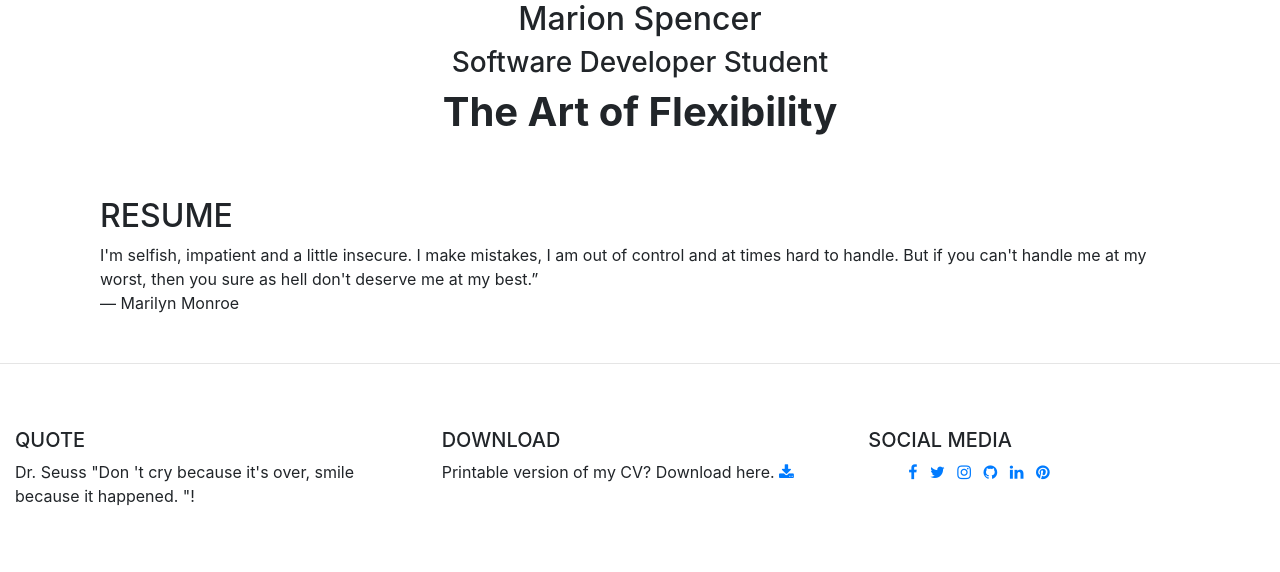
Repository: Dbyu85/m-spenc
Page: index.html
The author's editor kept a record of every edit. The page is drawn from the files as they stood at one moment, then again after the next edit.
The browser window is 1280 px wide. The pictures show the part of the page from y = 569 to 1141 px (the page is 1141 px tall before and 910 px after).
Some web fonts or font styles are not loaded; a fallback is used.

Above is the page before.

### index.html
<!DOCTYPE html>
<html lang="en">

<head>
    <meta charset="UTF-8">
    <title>The Art of Flexibility</title>
    <meta name="viewport" content="width=device-width, initial-scale=1.0">
    <meta http-equiv="X-UA-Compatible" content="ie=edge">
    <link rel="stylesheet" href="https://stackpath.bootstrapcdn.com/bootstrap/4.3.1/css/bootstrap.min.css" integrity="sha384-ggOyR0iXCbMQv3Xipma34MD+dH/1fQ784/j6cY/iJTQUOhcWr7x9JvoRxT2MZw1T" crossorigin="anonymous">
    <link rel="stylesheet" href="https://stackpath.bootstrapcdn.com/font-awesome/4.7.0/css/font-awesome.min.css" type="text/css" />
    <link rel="stylesheet" href="css/style.css" type="text/css" />
</head>

<body>y>
    <header class="container landing-container">
        <div class="row dropdown">
            <div class="col-12">
                <nav class="dropdown bt-secondary dropdown-expand-sm fixed-top">
                    <a class="btn btn-secondary dropdown-toggle" href="#" role="button" id="dropdownMenuLink" data-toggle="dropdown" aria-haspopup="true" aria-expanded="false">More About</a>
                    <ul class="dropdown-menu" aria-labelledby="dropdownMenuLink">
                        <li class="active nav-item mr-2"><a class="dropdown-item" href="#">About Me</a></li>
                        <li class="nav-item mr-2"><a class="dropdown-item" href="Home">Home</a></li>
                        <li><a class="dropdown-item" href="#">Skills</a></li>
                        <li><a class="dropdown-item" href="#">Resume</a></li>
                        <li><a class="dropdown-item" href="#">contact</a></li>
                    </ul>
                </nav>
            </div>
        </div>
        <section class="container-fluid titel-container">
            <div class="row">
                <div class="col-12">
                    <img src="image/nihal-demirci-1519473-unsplash.jpg" style="width:50vw; height:75vh">
                    <div class="landing-page page text-center">
                        <h2 class="name">Marion Spencer</h2>
                        <h3 class="titel">Software Developer Student</h3>
                        <h1><strong>The Art of Flexibility</strong></h1>
                    </div>
                </div>
            </div>
        </section>
    </header>
    <article class="container">


        <!--------------------------------------resume-->
        <section class="resume">
            <div class="col-12 my-5 ">
                <div class="about ">
                    <h2 class="about text-uppercase ">resume</h2>
                    <p>I'm selfish, impatient and a little insecure. I make mistakes, I am out of control and at times hard to handle. But if you can't handle me at my worst, then you sure as hell don't deserve me at my best.”<br> ― Marilyn Monroe</p>
                </div>
            </div>
        </section>



    </article>
    <hr>
    <!--------------------------------------footer-container-->
    <footer class="container-fluid footer-container">
        <div class="row ">
            <div class="col-md-4 my-5 ">
                <h5 class="text-uppercase general ">Quote</h5>
                <p class="inline-block ">Dr. Seuss "Don 't cry because it's over, smile because it happened. "!</p>
            </div>

            <div class="col-sm-4 my-5 ">
                <h5 class="text-uppercase general">download</h5>
                <p class="inline-block "> Printable version of my CV? Download here.
                    <a href="# " target="_black " class="cv-pdf "><i class="fa fa-download " aria-hiden="true "></i><span class="sr-only ">Download link</span>
                    </a>
                </p>

            </div>


            <div class="col-md-4 my-5 ">
                <h5 class="text-uppercase general">Social Media</h5>
                <ul class="list-inline-item social-link ">
                    <li class="list-inline-item "><a target="_blank " href="# ">
                        <i class="fa fa-facebook " aria-hiden="true "></i>
                        <span class="sr-only ">facebook</span></a>
                    </li>
                    <li class="list-inline-item "><a target="_blank " href="# ">
                        <i class="fa fa-twitter " aria-hiden="true "></i>
                        <span class="sr-only ">twitter</span></a>
                    </li>
                    <li class="list-inline-item "><a target="_blank " href="# ">
                        <i class="fa fa-instagram " aria-hiden="true "></i>
                        <span class="sr-only ">Instagram</span></a>
                    </li>
                    <li class="list-inline-item "><a target="_blank " href="# ">
                        <i class="fa fa-github " aria-hiden="true "></i>
                        <span class="sr-only ">github</span></a>
                    </li>
                    <li class="list-inline-item "><a target="_blank " href="# ">
                        <i class="fa fa-linkedin " aria-hiden="true "></i>
                        <span class="sr-only ">linkedin</span></a>
                    </li>
                    <li class="list-inline-item "><a target="_blank " href="# ">
                        <i class="fa fa-pinterest " aria-hiden="true "></i>
                        <span class="sr-only ">pinterest</span></a>
                    </li>

                </ul>
            </div>
        </div>
    </footer>

    <script src="https://code.jquery.com/jquery-3.3.1.slim.min.js " integrity="sha384-q8i/X+965DzO0rT7abK41JStQIAqVgRVzpbzo5smXKp4YfRvH+8abtTE1Pi6jizo " crossorigin="anonymous "></script>
    <script src="https://cdnjs.cloudflare.com/ajax/libs/popper.js/1.14.7/umd/popper.min.js " integrity="sha384-UO2eT0CpHqdSJQ6hJty5KVphtPhzWj9WO1clHTMGa3JDZwrnQq4sF86dIHNDz0W1 " crossorigin="anonymous "></script>
    <script src="https://stackpath.bootstrapcdn.com/bootstrap/4.3.1/js/bootstrap.min.js " integrity="sha384-JjSmVgyd0p3pXB1rRibZUAYoIIy6OrQ6VrjIEaFf/nJGzIxFDsf4x0xIM+B07jRM " crossorigin="anonymous "></script>

</body>

</html>

### css/style.css
@import url('https://fonts.googleapis.com/css?family=Roboto:100, 200, 300, 400, 500, 600, 700|"Exo:100, 200,300, 400, 500, 600, 700');

.titel-container {
    position: relative;

    background-image: url("image/nihal-demirci-1519473-unsplash.jpg") no-repeat bottom right fixed;
    background:center;
    -webkit-background-size: cover;
    -moz-background-size: cover;
    -o-background-size: cover;
    background-size: cover;
    margin: 0px;
    padding: 5px;
}
.personal-info-items {
    margin-bottom: 20px;
    display: block;
    clear: both;
}
.personal-info{
    padding-bottom:20px;
}

.personal-info-items .key,
.personal-info-items .value {
    padding-right: 8px;
    display: inline-block;
}
.personal-info-items .key p,
.personal-info-items .value p {
    margin: 0;
}

After the next edit:
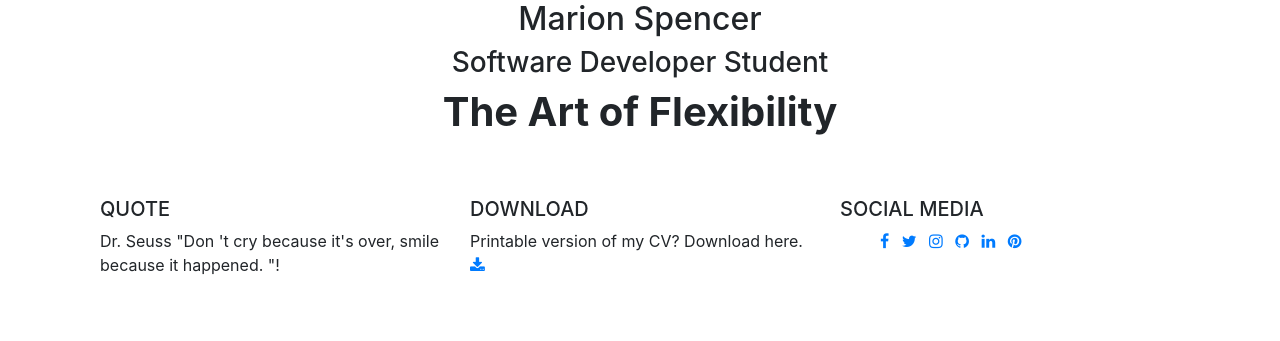
The edit:
--- a/index.html
+++ b/index.html
@@ -43,20 +43,7 @@
     <article class="container">
 
 
-        <!--------------------------------------resume-->
-        <section class="resume">
-            <div class="col-12 my-5 ">
-                <div class="about ">
-                    <h2 class="about text-uppercase ">resume</h2>
-                    <p>I'm selfish, impatient and a little insecure. I make mistakes, I am out of control and at times hard to handle. But if you can't handle me at my worst, then you sure as hell don't deserve me at my best.”<br> ― Marilyn Monroe</p>
-                </div>
-            </div>
-        </section>
 
-
-
-    </article>
-    <hr>
     <!--------------------------------------footer-container-->
     <footer class="container-fluid footer-container">
         <div class="row ">
